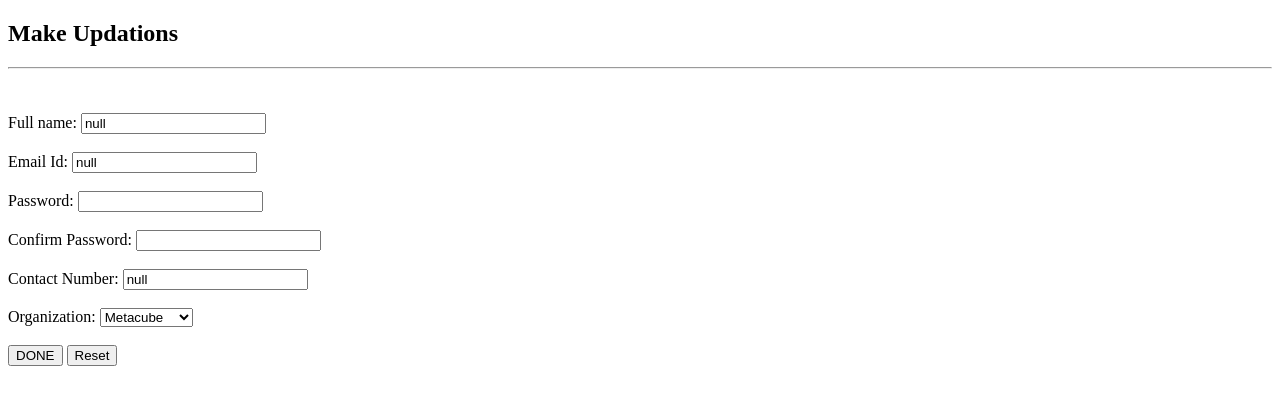
Repository: meta-rahul-dosi/GET2019
Page: http://localhost/Assignment-4/EditDetails.jsp
An editor plug-in stored every save of this project. The page is shown before and after the next save, followed by the edit.
The browser window is 1280 px wide. The pictures show the whole page.
The page is served by Tomcat 9. Other server files are loaded and not shown.

Above is the page before, as saved 2019-09-06 10:18:32.

### EAD/Assignment-4/WebContent/EditDetails.jsp
<%@ page language="java" contentType="text/html; charset=ISO-8859-1"
    pageEncoding="ISO-8859-1"%>
<!DOCTYPE html PUBLIC "-//W3C//DTD HTML 4.01 Transitional//EN" "http://www.w3.org/TR/html4/loose.dtd">
<html>
<head>
<meta http-equiv="Content-Type" content="text/html; charset=ISO-8859-1">
<title>Insert title here</title>
</head>
<body>

	<%
		String fullName = (String) session.getAttribute("fullName");
		String email = (String) session.getAttribute("email");
		String contact = (String) session.getAttribute("contact");
		String organization = (String) session.getAttribute("organization");
	%>

	<h2>Make Updations</h2>
	<hr>
	<br />
	<br />

	<form action="AfterEditingDetails" method="get">
                    Full name:
                    <input type="text" name="fullName" value="<%=fullName%>" onchange="fullNameValidation()"  required/><br/><br/>

                    Email Id:
                    <input type="email" id="email" name="email" value="<%=email%>" onchange="emailValidation()" required/>
                    <br/><br>

                    Password:
                    <input type="Password" name="password" onchange="passwordValidation()" required/><br/><br/>

                    Confirm Password:
                    <input type="Password" onchange="confirmPasswordValidation()" required/><br/><br/>

                    Contact Number:
                    <input type="text" name="contact" value="<%=contact %>" pattern="[0-9]{8,}" onchange="contactValidation()" required/><br/><br/>

					Organization:
					<select id="organization" name="organization" value="<%=organization%>" >
                    	<option name = "Metacube" value="Metacube">Metacube</option>
                    	<option name = "IN Time tec" value="IN Time tec">IN Time Tec</option>
                    	<option name = "Appirio"  value="Appirio">Appirio</option>
                    	<option name = "Pratham"  value="Pratham" >Pratham</option>
                	</select><br><br>

                    <input type="submit" value="DONE"/>
                    <input type="reset"/><br/><br/>
</body>
</html>

After the next save:
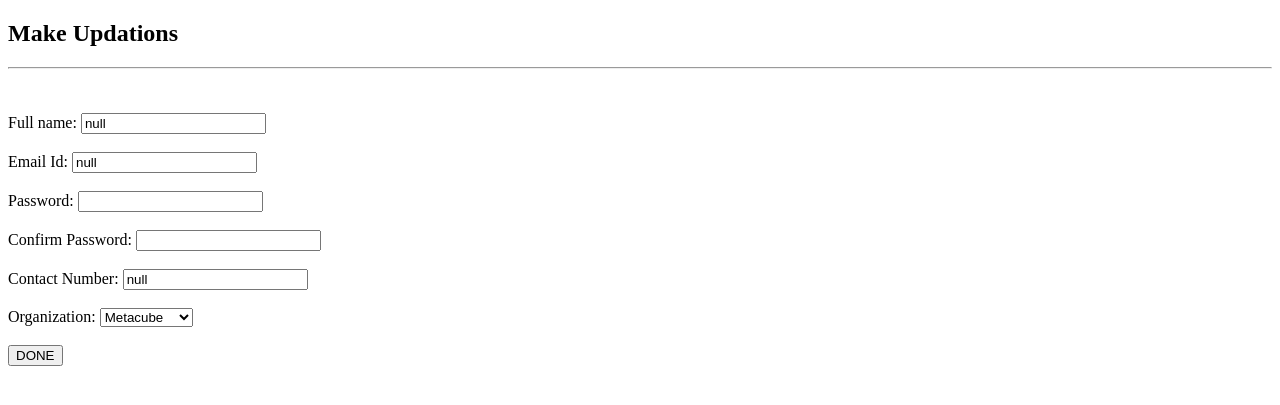
Saved 89 s later.
--- a/EAD/Assignment-4/WebContent/EditDetails.jsp
+++ b/EAD/Assignment-4/WebContent/EditDetails.jsp
@@ -46,6 +46,6 @@
                 	</select><br><br>
 
                     <input type="submit" value="DONE"/>
-                    <input type="reset"/><br/><br/>
+                    <br/><br/>
 </body>
 </html>
